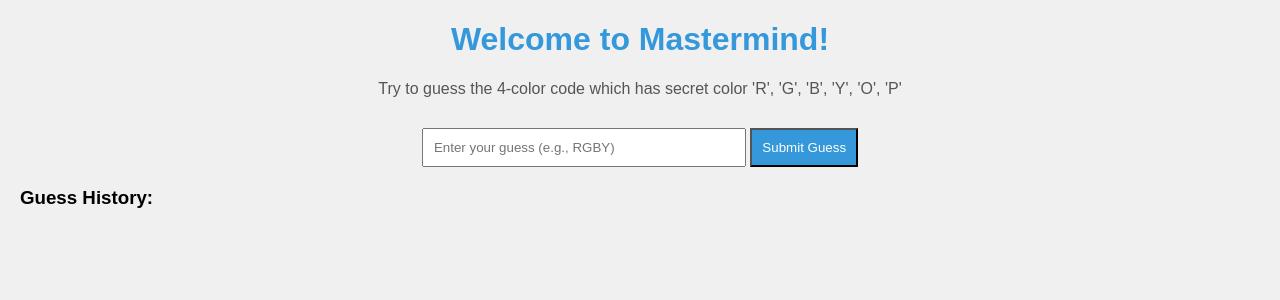
Repository: cheasopheaknita/Mastermind_Game
Page: http://localhost/
These files come from the project's save history. The page is drawn as it stood at one moment and after the next save; the edit follows.
The browser window is 1280 px wide. The pictures show the whole page.
The page is served by the project's application, run on Flask 3 (mastermind_project/app.py).

Above is the page before, as saved 2024-02-06 01:44:38.

### mastermind_project/templates/mastermind_game.html
<!-- mastermind_game.html -->
<!DOCTYPE html>
<html lang="en">
<head>
    <meta charset="UTF-8">
    <meta name="viewport" content="width=device-width, initial-scale=1.0">
    <title>Mastermind Game</title>
    <style>
        body {
            font-family: 'Arial', sans-serif;
            background-color: #f0f0f0;
            text-align: center;
            margin: 20px;
        }

        h1 {
            color: #3498db;
        }

        p {
            color: #555;
        }

        #result {
            margin-top: 20px;
            font-weight: bold;
            color: #27ae60;
        }

        #userGuess {
            padding: 10px;
            margin-top: 10px;
            width: 300px; /* Adjust the width as needed */
        }

        button {
            padding: 10px;
            background-color: #3498db;
            color: #fff;
            cursor: pointer;
        }

        #history {
            margin-top: 20px;
            text-align: left;
        }
    </style>
</head>
<body>
    <h1>Welcome to Mastermind!</h1>
    <p>Try to guess the 4-color code which has secret color 'R', 'G', 'B', 'Y', 'O', 'P' </p>

    <div id="result"></div>

    <input type="text" id="userGuess" placeholder="Enter your guess (e.g., RGBY)" size="30">
    <button onclick="submitGuess()" id="guessButton">Submit Guess</button>

    <div id="history">
        <h3>Guess History:</h3>
        <ul id="guessHistory"></ul>
    </div>

    <script>
        var remainingGuesses = 7;

        function submitGuess() {
            if (remainingGuesses > 0) {
                var userGuess = document.getElementById("userGuess").value;

                fetch('/submit_guess', {
                    method: 'POST',
                    headers: {
                        'Content-Type': 'application/json',
                    },
                    body: JSON.stringify({ guess: userGuess }),
                })
                .then(response => response.json())
                .then(data => {
                    // Handle the response from Flask
                    document.getElementById("result").innerText = data.result || data.error;
                    updateGuessHistory(userGuess, data.result || data.error);

                    remainingGuesses--;
                    updateRemainingGuesses();

                    if (remainingGuesses === 0) {
                        disableGuessInput();
                    }
                })
                .catch(error => {
                    console.error('Error:', error);
                });
            }
        }

        function updateGuessHistory(guess, result) {
            var historyList = document.getElementById("guessHistory");
            var listItem = document.createElement("li");
            listItem.appendChild(document.createTextNode(`Guess: ${guess} - Result: ${result}`));
            historyList.appendChild(listItem);
        }

        function updateRemainingGuesses() {
            document.getElementById("remainingGuesses").innerText = `Remaining Guesses: ${remainingGuesses}`;
        }

        function disableGuessInput() {
            document.getElementById("userGuess").disabled = true;
            document.getElementById("guessButton").disabled = true;
        }
    </script>
</body>
</html>

### mastermind_project/app.py
# app.py
from flask import Flask, render_template, request, jsonify
import random

app = Flask(__name__)

def generate_secret_code():
    colors = ['R', 'G', 'B', 'Y', 'O', 'P']
    return [random.choice(colors) for _ in range(4)]

def evaluate_guess(secret_code, guess):
    correct_color_and_position = sum(s == g for s, g in zip(secret_code, guess))
    correct_color_only = sum(min(secret_code.count(c), guess.count(c)) for c in set(secret_code)) - correct_color_and_position
    return correct_color_and_position, correct_color_only

secret_code = generate_secret_code()

@app.route('/')
def index():
    return render_template('mastermind_game.html', secret_code=secret_code)

@app.route('/submit_guess', methods=['POST'])
def submit_guess():
    user_guess = request.json.get('guess')

    # Validate the guess here if needed
    if len(user_guess) != 4 or not all(color in 'RGBYOP' for color in user_guess):
        return jsonify({'error': 'Invalid input. Please enter a 4-color code using the letters R, G, B, Y, O, P.'})

    correct_color_and_position, correct_color_only = evaluate_guess(secret_code, user_guess)

    if correct_color_and_position == 4:
        result_message = f"Congratulations! You've guessed the code {secret_code}."
    else:
        result_message = f"Correct color and position: {correct_color_and_position}, Correct color only: {correct_color_only}."

    return jsonify({'result': result_message})

if __name__ == '__main__':
    app.run(debug=True)

After the next save:
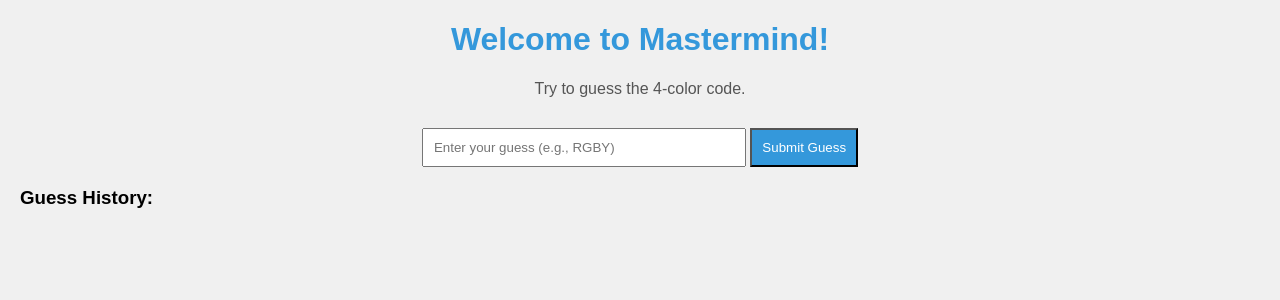
Saved 6 min 23 s later.
--- a/mastermind_project/templates/mastermind_game.html
+++ b/mastermind_project/templates/mastermind_game.html
@@ -44,11 +44,33 @@
             margin-top: 20px;
             text-align: left;
         }
+
+        #guessHistory li {
+            margin-bottom: 5px;
+            padding: 8px;
+            border-radius: 5px;
+        }
+
+        .correct {
+            background-color: #2ecc71; /* Green for correct guesses */
+            color: #fff;
+        }
+
+        .incorrect {
+            background-color: #e74c3c; /* Red for incorrect guesses */
+            color: #fff;
+        }
+
+        #gameOverMessage {
+            margin-top: 20px;
+            font-weight: bold;
+            color: #e74c3c;
+        }
     </style>
 </head>
 <body>
     <h1>Welcome to Mastermind!</h1>
-    <p>Try to guess the 4-color code which has secret color 'R', 'G', 'B', 'Y', 'O', 'P' </p>
+    <p>Try to guess the 4-color code.</p>
 
     <div id="result"></div>
 
@@ -59,6 +81,8 @@
         <h3>Guess History:</h3>
         <ul id="guessHistory"></ul>
     </div>
+
+    <div id="gameOverMessage"></div>
 
     <script>
         var remainingGuesses = 7;
@@ -85,6 +109,7 @@
 
                     if (remainingGuesses === 0) {
                         disableGuessInput();
+                        displayGameOverMessage();
                     }
                 })
                 .catch(error => {
@@ -97,6 +122,10 @@
             var historyList = document.getElementById("guessHistory");
             var listItem = document.createElement("li");
             listItem.appendChild(document.createTextNode(`Guess: ${guess} - Result: ${result}`));
+
+            // Add a class based on the result for styling
+            listItem.classList.add(result === '4 correct color and position' ? 'correct' : 'incorrect');
+
             historyList.appendChild(listItem);
         }
 
@@ -108,6 +137,5 @@
             document.getElementById("userGuess").disabled = true;
             document.getElementById("guessButton").disabled = true;
         }
-    </script>
-</body>
-</html>
+
+        fun
